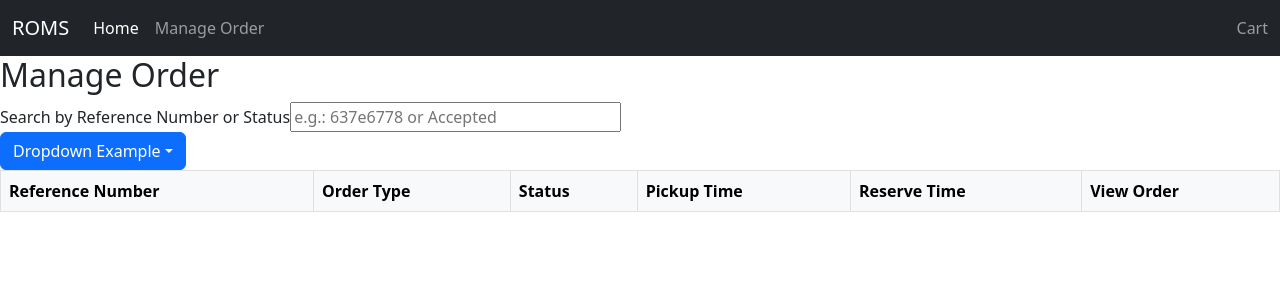
Repository: kayc529/comp231-f22-team4-roms
Page: /manageOrder
These files come from the project's save history. The page is drawn as it stood at one moment and after the next save; the edit follows.
The browser window is 1280 px wide. The pictures show the whole page.
The page's requests for data from a server got no answer. The project was rebuilt for these pictures with package versions that can differ from the ones it lists, and the page was loaded fresh each time. No one was signed in, and anything a server would have sent is missing. Also part of the build but not shown: src/components/ExampleComponent.js, src/components/ExampleBox.js, src/pages/example/ExampleHomePage.js, src/pages/example/ExampleNotFoundPage.js, src/features/cart/cartActions.js, src/pages/Cart.js, src/pages/ViewOrder.js.

Above is the page before, as saved 2022-12-04 23:43:19.

### src/index.js
import React from 'react';
import { createRoot } from 'react-dom/client';
import { Provider } from 'react-redux';
import './index.css';
import store from './store';
import App from './App';
//stylesheet for bootstrap
import 'bootstrap/dist/css/bootstrap.min.css';
import 'bootstrap/dist/js/bootstrap.min.js';

const container = document.getElementById('root');
const root = createRoot(container);

root.render(
  <Provider store={store}>
    <App />
  </Provider>
);

### src/index.css
body {
  margin: 0;
  font-family: -apple-system, BlinkMacSystemFont, 'Segoe UI', 'Roboto', 'Oxygen',
    'Ubuntu', 'Cantarell', 'Fira Sans', 'Droid Sans', 'Helvetica Neue',
    sans-serif;
  -webkit-font-smoothing: antialiased;
  -moz-osx-font-smoothing: grayscale;
  color: black;
}

code {
  font-family: source-code-pro, Menlo, Monaco, Consolas, 'Courier New',
    monospace;
}

/*Cart Page*/
.cartItem {
  display: grid;
  row-gap: 0.5rem;
  padding: 15px 30px;
}

.cartItem .img-thumbnail{
  max-width: 100px;
}

/*STUFF FOR SIGNIN/SIGNUP PORTIONS*/

.signin-form {
  max-width: 30rem;
  margin-top: 3rem;
}

.signin-form input {
  margin-bottom: 2em;
  text-align: center;
}

.signin-form a {
  text-decoration: none;
  color: black;
  font-size: 1.5em;
  border-radius: 4px;
  padding: 10px;
}

.signin-form a:hover {
  transition: .5s ease-in-out;
  font-size: 1.8em;
  color: black;
}

.signup-container {
  margin-top: 3rem;
}

.signup-form {
  max-width: 30rem;
}

.signup-form input {
  text-align: center;
  margin-bottom: 15px;
}

.radio {
  margin-right: 5px;
  margin-left: 20px;
  margin-top: 10px;
}

/*END OF STUFF FOR SIGNIN/SIGNUP PORTIONS*/

### src/store.js
import { configureStore } from '@reduxjs/toolkit';
import exampleReducer from './features/example/exampleSlice';
import cartReducers from './features/cart/cartReducers';
import menuReducer from './features/menu/menuSlice';
import staffReducer from './features/staff/staffSlice';


//YOU MUST PUT THE REDUCER INSIDE THE STORE
//OR ELSE YOU CAN'T DISPATCH THEIR ACTIONS FROM ANY OF THE APP COMPONENTS
const store = configureStore({
  reducer: {
    example: exampleReducer,
    cart: cartReducers,
    menu: menuReducer,
    staff: staffReducer
  },
});

export default store;

### src/App.js
import { Routes, Route, BrowserRouter } from 'react-router-dom';
import ExampleHomePage from './pages/example/ExampleHomePage';
import ExampleNotFoundPage from './pages/example/ExampleNotFoundPage';
import Menu from './components/Menu';
import CartPage from './pages/Cart';
import ManageOrderPage from './pages/ManageOrder';
import ViewOrderPage from './pages/ViewOrder';

function App() {
  return (
    <>
      <BrowserRouter>
        <Routes>
          <Route path='/' element={<Menu />}>
            <Route index element={<ExampleHomePage />} />
            <Route path='cart' element={<CartPage />} />
            <Route path='manageOrder' element={<ManageOrderPage/>} />
            <Route path='viewOrder/:id' element={<ViewOrderPage/>} />
            {/* add page here if you want the shared layout*/}
          </Route>
          {/* add page here if you don't want the shared layout*/}

          {/* !!not found page must be placed at the very end!!*/}
          <Route path='*' element={<ExampleNotFoundPage />} />
        </Routes>
      </BrowserRouter>
    </>
  );
}

export default App;

### src/features/example/exampleSlice.js
import { createSlice, createAsyncThunk } from '@reduxjs/toolkit';
import { getUniversityListThunk } from './exampleThunk';

//slice is similar to a feature of the app
//data manipulations that are related to the feature are placed together

//--CREATE INITIAL STATE OF THE SLICE
const initialState = {
  exampleList: [],
  isLoading: false,
  isSwitchOn: false,
};

//--DECLARE AN ACTION
//an async action requires an async thunk(aka middleware)
export const getUniversityList = createAsyncThunk(
  'example/getUniversityList',
  async (countryName, thunkAPI) => {
    return getUniversityListThunk(
      `http://universities.hipolabs.com/search?country=${countryName}`,
      thunkAPI
    );
  }
);

//--CREATE SLICE
const exampleSlice = createSlice({
  name: 'example',
  initialState,
  //reducers are for actions that do not require calling API
  //--DECLARE REDUCER
  reducers: {
    toggleSwitch: (state) => {
      state.isSwitchOn = !state.isSwitchOn;
    },
  },
  //extra reducers are for actions that require calling API (or some other async functions)
  //you can change the value of the states at differnt status of the action i.e. pending, fulfilled, rejected
  //--DECLARE EXTRA REDUCER
  extraReducers: {
    [getUniversityList.pending]: (state) => {
      state.isLoading = true;
    },
    [getUniversityList.fulfilled]: (state, { payload }) => {
      //payload is the data
      //you may have to deconstruct the object depending on the structure of the returned object from the API
      //i.e. const { someFieldName } = payload <-this is called object deconstruction
      //in this example, the API directly returns the list we want so no deconstruction is needed
      state.exampleList = payload.slice(0, 10); //limit to 10 universities only for demo purpose
      state.isLoading = false;
      //you can also dispatch another action here after this action is fulfilled
    },
    [getUniversityList.rejected]: (state) => {
      state.isLoading = false;
      //you can do some error handling here
    },
  },
});

//you have to export both the reducers' actions and the extraReducers
//so that they can be put in the store
//and can be dispatched from other components
export const { toggleSwitch } = exampleSlice.actions;
export default exampleSlice.reducer;

//REMEBER TO PUT THE REDUCER IN THE STORE /src/store.js

### src/features/cart/cartReducers.js
import { ADD_TO_CART, DELETE_FROM_CART } from './cartConstants'

let initialCart = {
	cart: [],
};

if (localStorage.getItem('cart')) {
	initialCart.cart = JSON.parse(localStorage.getItem('cart'));
} else {
	initialCart.cart = [];
}

const cartReducers = (state = initialCart, action) => {
	switch (action.type) {
		case ADD_TO_CART:
		case DELETE_FROM_CART:
			return {
				cart: [...action.payload],
			};
		default:
			return state;
	}
};

export default cartReducers;

### src/features/menu/menuSlice.js
import { createSlice, createAsyncThunk } from '@reduxjs/toolkit';
import {
  getAllMenuItemsThunk,
  getMenuItemThunk,
  addMenuItemThunk,
  editMenuItemThunk,
  deleteMenuItemThunk,
  uploadMenuItemImageThunk,
} from './menuThunk';

const initialState = {
  menuItemList: [],
  menuItem: {},
  isLoading: false,
  errorMsg: '',
};

export const getAllMenuItems = createAsyncThunk(
  'menu/getAllMenuItems',
  async (_, thunkAPI) => {
    return getAllMenuItemsThunk('/menu', thunkAPI);
  }
);

export const getMenuItem = createAsyncThunk(
  'menu/getMenuItem',
  async (menuItemId, thunkAPI) => {
    return getMenuItemThunk(`/menu/${menuItemId}`, thunkAPI);
  }
);

export const addMenuItem = createAsyncThunk(
  'menu/addMenuItem',
  async (menuItemToAdd, thunkAPI) => {
    return addMenuItemThunk('/menu', menuItemToAdd, thunkAPI);
  }
);

export const editMenuItem = createAsyncThunk(
  'menu/editMenuItem',
  async (menuItemToEdit, thunkAPI) => {
    return editMenuItemThunk(
      `/menu/${menuItemToEdit._id}`,
      menuItemToEdit,
      thunkAPI
    );
  }
);

export const deleteMenuItem = createAsyncThunk(
  'menu/deleteMenuItem',
  async (menuItemId, thunkAPI) => {
    return deleteMenuItemThunk(`/menu/${menuItemId}`, thunkAPI);
  }
);

export const uploadMenuItemImage = createAsyncThunk(
  'menu/uploadMenuItemImage',
  async (menuItemId, imageData, thunkAPI) => {
    return uploadMenuItemImageThunk(
      `/menu/upload-image/${menuItemId}`,
      imageData,
      thunkAPI
    );
  }
);

const menuSlice = createSlice({
  name: 'menu',
  initialState,
  reducer: {},
  extraReducers: {
    //GET ALL MENU ITEMS
    [getAllMenuItems.pending]: (state) => {
      state.isLoading = true;
    },
    [getAllMenuItems.fulfilled]: (state, { payload }) => {
      const { menuItems } = payload;
      state.isLoading = false;
      state.menuItemList = menuItems;
    },
    [getAllMenuItems.rejected]: (state) => {
      state.isLoading = false;
    },
    //GET SINGLE MENU ITEM
    [getMenuItem.pending]: (state) => {
      state.isLoading = true;
      state.menuItem = {};
    },
    [getMenuItem.fulfilled]: (state, { payload }) => {
      const { menuItem } = payload;
      state.isLoading = false;
      state.menuItem = menuItem;
    },
    [getMenuItem.rejected]: (state) => {
      state.isLoading = false;
    },
    //ADD MENU ITEM
    [addMenuItem.pending]: (state) => {
      state.isLoading = true;
    },
    [addMenuItem.fulfilled]: (state, { payload }) => {
      state.isLoading = false;
      //the api will return the newly added menu item
      //you can add it to the state if needed
    },
    [addMenuItem.rejected]: (state) => {
      state.isLoading = false;
    },
    //EDIT MENU ITEM
    [editMenuItem.pending]: (state) => {
      state.isLoading = true;
    },
    [editMenuItem.fulfilled]: (state, { payload }) => {
      state.isLoading = false;
      //the api will return the updated menu item
      //you can add it to the state if needed
    },
    [editMenuItem.rejected]: (state) => {
      state.isLoading = false;
    },
    //DELETE MENU ITEM
    [deleteMenuItem.pending]: (state) => {
      state.isLoading = true;
    },
    [deleteMenuItem.fulfilled]: (state) => {
      state.isLoading = false;
    },
    [deleteMenuItem.rejected]: (state) => {
      state.isLoading = false;
    },
    //UPLOAD MENU ITEM IMAGE
    [uploadMenuItemImage.pending]: (state) => {
      state.isLoading = true;
    },
    [uploadMenuItemImage.fulfilled]: (state) => {
      state.isLoading = false;
    },
    [uploadMenuItemImage.rejected]: (state) => {
      state.isLoading = false;
    },
  },
});

export default menuSlice.reducer;

### src/features/staff/staffSlice.js
import { createSlice, createAsyncThunk } from '@reduxjs/toolkit';
import {
  getAllStaffsThunk,
  getStaffThunk,
  editStaffThunk,
  deleteStaffThunk,
} from './staffThunk';

const initialState = {
  staffsList: [],
  staff: {},
  isLoading: false,
  errorMsg: '',
};

export const getAllStaffs = createAsyncThunk(
  'staffs/getAllStaffs',
  async (_, thunkAPI) => {
    return getAllStaffsThunk('/staffs', thunkAPI);
  }
);

export const getStaff = createAsyncThunk(
  'staffs/getStaff',
  async (staffId, thunkAPI) => {
    return getStaffThunk(`/staffs/edit/${staffId}`, thunkAPI);
  }
);

export const editStaff = createAsyncThunk(
  'staffs/editStaff',
  async (updatedStaff, thunkAPI) => {
    return editStaffThunk(
      `/staffs/edit/${updatedStaff.id}`,
      updatedStaff,
      thunkAPI
    );
  }
);

export const deleteStaff = createAsyncThunk(
  'staffs/deleteStaff',
  async (staffId, thunkAPI) => {
    return deleteStaffThunk(`/staffs/delete/${staffId}`, thunkAPI);
  }
);

const staffSlice = createSlice({
  name: 'staff',
  initialState,
  reducer: {},
  extraReducers: {
    //GET ALL STAFFS
    [getAllStaffs.pending]: (state) => {
      state.isLoading = true;
    },
    [getAllStaffs.fulfilled]: (state, { payload }) => {
      const { staffs } = payload;
      state.isLoading = false;
      state.staffsList = staffs;
    },
    [getAllStaffs.rejected]: (state) => {
      state.isLoading = false;
    },
    //GET SINGLE STAFF
    [getStaff.pending]: (state) => {
      state.isLoading = true;
      state.staff = {};
    },
    [getStaff.fulfilled]: (state, { payload }) => {
      const { staff } = payload;
      state.isLoading = false;
      state.staff = staff;
    },
    [getStaff.rejected]: (state) => {
      state.isLoading = false;
    },

    //EDIT STAFF
    [editStaff.pending]: (state) => {
      state.isLoading = true;
    },
    [editStaff.fulfilled]: (state, { payload }) => {
      state.isLoading = false;
    },
    [editStaff.rejected]: (state) => {
      state.isLoading = false;
    },
    //DELETE STAFF
    [deleteStaff.pending]: (state) => {
      state.isLoading = true;
    },
    [deleteStaff.fulfilled]: (state) => {
      state.isLoading = false;
    },
    [deleteStaff.rejected]: (state) => {
      state.isLoading = false;
    },
  },
});

export default staffSlice.reducer;

### src/components/Menu.js
import { Outlet } from 'react-router-dom';

const Menu = () => {
  return (
    <>
      <header>
        <nav className="navbar navbar-expand-lg bg-dark navbar-dark">
          <div className="container-fluid">
            <a className="navbar-brand" href="/">ROMS</a>
            <button className="navbar-toggler" type="button" data-bs-toggle="collapse" data-bs-target="#navbarNavDropdown">
              <span className="navbar-toggler-icon"></span>
            </button>
            <div className="collapse navbar-collapse" id="navbarNavDropdown">
              <ul className="navbar-nav">
                <li className="nav-item">
                  <a className="nav-link active" href="/">Home</a>
                </li>
                <li>
                  <a className="nav-item nav-link navbar-text" href="/ManageOrder"> Manage Order</a>
                  </li>
              </ul>
            </div>
            <a className="nav-item nav-link navbar-text" href="/cart">Cart</a>
          </div>
        </nav>
      </header>
      <main>
        <Outlet />
      </main>
      <footer></footer>
    </>
  );
};

export default Menu;

### src/pages/ManageOrder.js
import React, {useState, useEffect} from 'react';
import BootstrapSwitchButton from 'bootstrap-switch-button-react';
import ToogleButton from 'react-toggle-button';
import {Button, Table} from 'react-bootstrap';
import axios from '../utils/orderFetch';
import ViewOrder from './ViewOrder';
import { Link } from "react-router-dom";

const ManageOrder =()=>{
    const [orderData, setOrderData] = useState([]);
    // const orderStatus = Object.keys(orderData).map(function (key){
    //     return orderData[key].status});
    // const [orderState, setOrderState] = useState(orderStatus);
    const [searchKeyword, setSearchKeyword] = useState("");

    useEffect(()=>{
        const fetchData = async () =>{
            const result = await axios.get('/api/v1/orders/')
            const resultData = result.data.orders
            setOrderData(resultData)
        }
        fetchData();
    }, []);

    return (
        <div className='control-main'>

            <h2>Manage Order</h2>

            <label> Search by Reference Number or Status </label>
                <input className="txtSearch" placeholder='e.g.: 637e6778 or Accepted'
                type="text"
                size={30}
                onChange={(e) =>{setSearchKeyword(e.target.value)}}
            />
            <div class="dropdown">
    <button class="btn btn-primary dropdown-toggle" id="menu1" type="button" data-toggle="dropdown">Dropdown Example
    <span class="caret"></span></button>
    <ul class="dropdown-menu" role="menu" aria-labelledby="menu1">
      <li role="presentation"><a role="menuitem" tabindex="-1" href="#">HTML</a></li>
      <li role="presentation"><a role="menuitem" tabindex="-1" href="#">CSS</a></li>
      <li role="presentation"><a role="menuitem" tabindex="-1" href="#">JavaScript</a></li>
      <li role="presentation" class="divider"></li>
      <li role="presentation"><a role="menuitem" tabindex="-1" href="#">About Us</a></li>
    </ul>
  </div>


            <Table striped bordered hover variant="light">
                <thead>
                    <tr>
                        <th>Reference Number</th>
                        <th>Order Type</th>
                        <th>Status</th>
                        <th>Pickup Time</th>
                        <th>Reserve Time</th>
                        <th>View Order</th>
                    </tr>
                </thead>

                <tbody>
                {orderData.filter((order) => {
                    if (searchKeyword.length ===0){
                        return order;
                    }

                    else if (order.referenceNumber == searchKeyword || order.status == searchKeyword.toUpperCase()){
                        return order;
                    }
                    }).map((order, i) => (
                    <tr key={i}>

                        <td >{order.referenceNumber}
                        </td>
                        {order.orderType == "TAKE_OUT"? <td>Take Out</td>: <td>Dine In</td>}
                        <td >{order.status}
                        </td>
                        <td >{order.pickupTime}
                        </td>
                        <td >{order.reserveTime}
                        </td>
                        <td>
                            <Link to={`../ViewOrder/${order._id}`}>
                                <Button size="sm">View </Button>
                            </Link>
                        </td>
                    </tr>
                ))}
                </tbody>
            </Table>


        </div>

    );


};

export default ManageOrder;

### src/features/example/exampleThunk.js
import customFetch from '../../utils/customFetch';

//thunks are separated into different file for cleaner codes
//of course you can put these codes inside the action in the slice file
//but it is a good practice to separate the codes
export const getUniversityListThunk = async (url, thunkAPI) => {
  //must use try catch block when calling API!!
  try {
    const res = await customFetch.get(url);
    //you can always check out the structure of the returned object by logging
    console.log(res.data);
    //you can do something here
    //thunkAPI allows you to dispatch another action
    //e.g. thunkAPI.dispatch(someOtherAction());
    return res.data;
  } catch (error) {
    //you can do error handling here
    //thunkAPI allows you to dispatch another action
    //e.g. thunkAPI.dispatch(someErrorHandlingAction());
    return thunkAPI.rejectWithValue(error.response.data.msg);
  }
};

### src/features/cart/cartConstants.js
export const ADD_TO_CART = 'ADD_TO_CART';
export const DELETE_FROM_CART = 'DELETE_FROM_CART';

### src/features/menu/menuThunk.js
import customFetch from '../../utils/customFetch';

export const getAllMenuItemsThunk = async (url, thunkAPI) => {
  try {
    const res = await customFetch.get(url);
    console.log(res.data);
    return res.data;
  } catch (error) {
    return thunkAPI.rejectWithValue(error.response.data.msg);
  }
};

export const getMenuItemThunk = async (url, thunkAPI) => {
  try {
    const res = await customFetch.get(url);
    console.log(res.data);
    return res.data;
  } catch (error) {
    return thunkAPI.rejectWithValue(error.response.data.msg);
  }
};

export const addMenuItemThunk = async (url, newMenuItem, thunkAPI) => {
  try {
    const res = await customFetch.post(url, newMenuItem);
    console.log(res.data);
    return res.data;
  } catch (error) {
    return thunkAPI.rejectWithValue(error.response.data.msg);
  }
};

export const editMenuItemThunk = async (url, updatedMenuItem, thunkAPI) => {
  try {
    const res = await customFetch.patch(url, updatedMenuItem);
    console.log(res.data);
    return res.data;
  } catch (error) {
    return thunkAPI.rejectWithValue(error.response.data.msg);
  }
};

export const deleteMenuItemThunk = async (url, thunkAPI) => {
  try {
    const res = await customFetch.delete(url);
    console.log(res.data);
    return res.data;
  } catch (error) {
    return thunkAPI.rejectWithValue(error.response.data.msg);
  }
};

export const uploadMenuItemImageThunk = async (url, imageData, thunkAPI) => {
  try {
    const res = await customFetch.post(url, imageData);
    console.log(res.data);
    return res.data;
  } catch (error) {
    return thunkAPI.rejectWithValue(error.response.data.msg);
  }
};

### src/features/staff/staffThunk.js
import customFetch from '../../utils/customFetch';

export const getAllStaffsThunk = async (url, thunkAPI) => {
  try {
    const res = await customFetch.get(url);
    console.log(res.data);
    return res.data;
  } catch (error) {
    return thunkAPI.rejectWithValue(error.response.data.msg);
  }
};

export const getStaffThunk = async (url, thunkAPI) => {
  try {
    const res = await customFetch.get(url);
    console.log(res.data);
    return res.data;
  } catch (error) {
    return thunkAPI.rejectWithValue(error.response.data.msg);
  }
};

export const editStaffThunk = async (url, updatedStaff, thunkAPI) => {
  try {
    const res = await customFetch.patch(url, updatedStaff);
    console.log(res.data);
    return res.data;
  } catch (error) {
    return thunkAPI.rejectWithValue(error.response.data.msg);
  }
};

export const deleteStaffThunk = async (url, thunkAPI) => {
  try {
    const res = await customFetch.delete(url);
    console.log(res.data);
    return res.data;
  } catch (error) {
    return thunkAPI.rejectWithValue(error.response.data.msg);
  }
};

### src/utils/orderFetch.js
import axios from 'axios';

const getBaseUrl = () => {
  //will use the url of the backend later
  return '';
};

const orderFetch = axios.create({
  baseURL: 'http://localhost:4000/',
  headers: "application/json"
});

//orderFetch.get('/api/v1/orders')

export default orderFetch;

### src/utils/customFetch.js
import axios from 'axios';

const getBaseUrl = () => {
  //will use the url of the backend later
  return '';
};

const customFetch = axios.create({
  baseURL: getBaseUrl(),
});

export default customFetch;

After the next save:
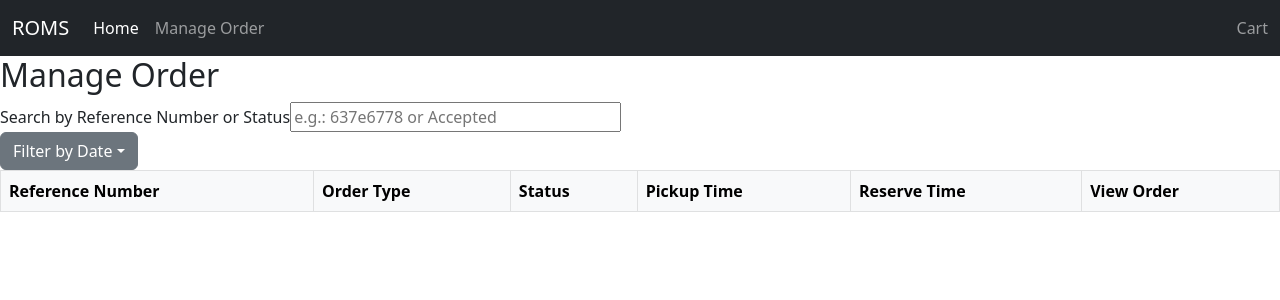
Saved 17 s later.
--- a/src/pages/ManageOrder.js
+++ b/src/pages/ManageOrder.js
@@ -34,16 +34,15 @@ const ManageOrder =()=>{
                 onChange={(e) =>{setSearchKeyword(e.target.value)}}
             />
             <div class="dropdown">
-    <button class="btn btn-primary dropdown-toggle" id="menu1" type="button" data-toggle="dropdown">Dropdown Example
-    <span class="caret"></span></button>
-    <ul class="dropdown-menu" role="menu" aria-labelledby="menu1">
-      <li role="presentation"><a role="menuitem" tabindex="-1" href="#">HTML</a></li>
-      <li role="presentation"><a role="menuitem" tabindex="-1" href="#">CSS</a></li>
-      <li role="presentation"><a role="menuitem" tabindex="-1" href="#">JavaScript</a></li>
-      <li role="presentation" class="divider"></li>
-      <li role="presentation"><a role="menuitem" tabindex="-1" href="#">About Us</a></li>
-    </ul>
-  </div>
+            <button class="btn btn-secondary dropdown-toggle" type="button" id="dropdownMenuButton" data-toggle="dropdown" aria-haspopup="true" aria-expanded="false">
+                Filter by Date
+            </button>
+            <div class="dropdown-menu" aria-labelledby="dropdownMenuButton">
+                <a className="dropdown-item" >All orders</a>
+                <a class="dropdown-item" >Today's orders</a>
+                <a class="dropdown-item" href="#">Past orders</a>
+            </div>
+            </div>
 
 
             <Table striped bordered hover variant="light">
